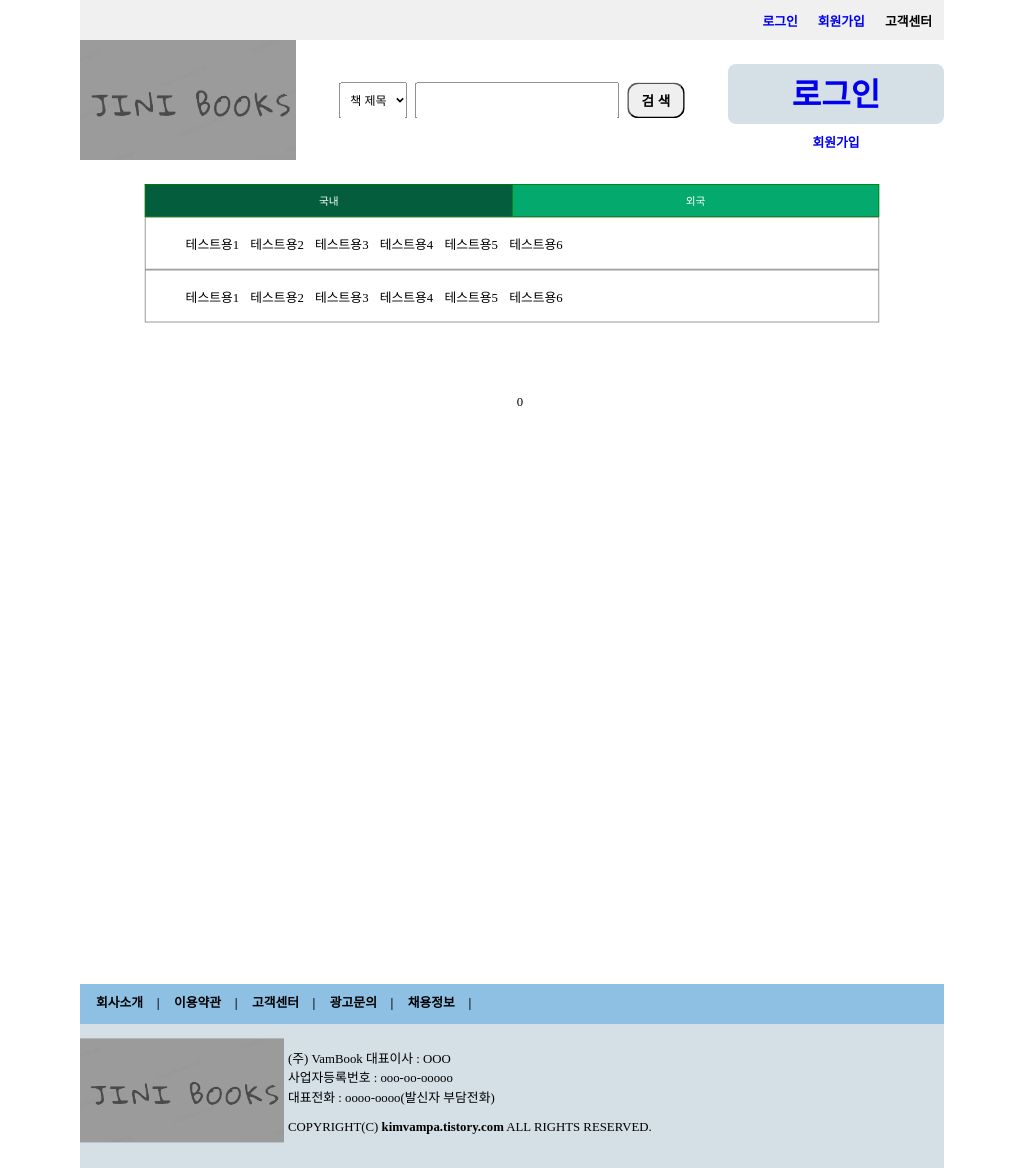
Repository: leechanjin7/ShoppingMall
Page: http://localhost/ShoppingMall/WEB-INF/views/search.jsp
An editor plug-in stored every save of this project. The page is shown before and after the next save, followed by the edit.
The browser window is 1280 px wide. The pictures show the whole page, at 80% of full size.
The page is served by Tomcat 9. Nobody is signed in. The template is opened directly, without the code that normally fills it, so the values that code supplies are empty.

Above is the page before, as saved 2023-09-12 02:27:07.

After the next save:
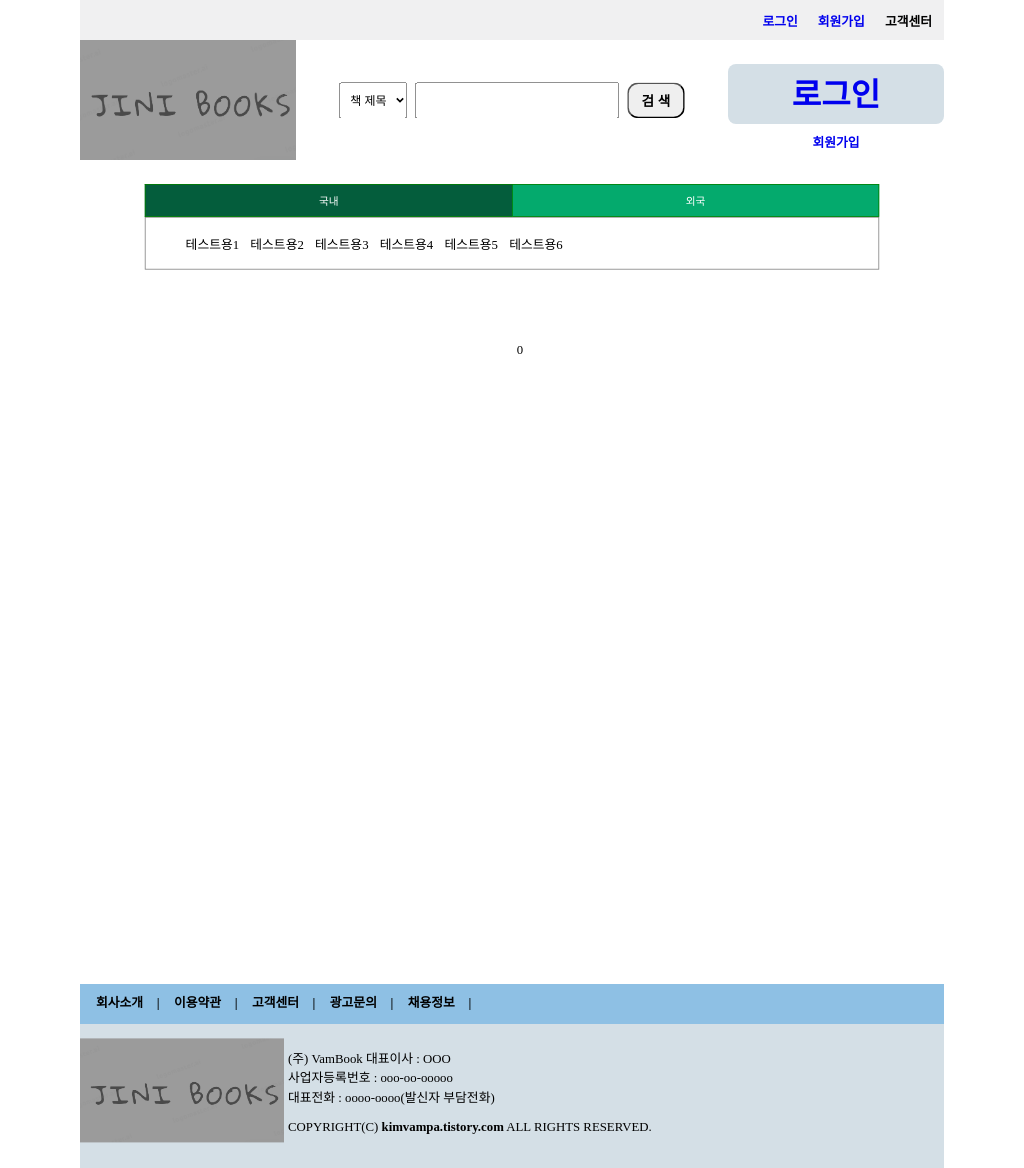
Saved 38 s later.
--- a/workspace/ShoppingMall/src/main/webapp/resources/css/search.css
+++ b/workspace/ShoppingMall/src/main/webapp/resources/css/search.css
@@ -344,6 +344,14 @@ a {
 .filter_content a:not(:first-child){
 	margin-left: 10px;
 }
+
+.filter_a{
+	display: block;
+}
+
+.filter_b{
+	display: none;
+}
 /* footer navai 영역 */
 .footer_nav {
 	width: 100%;
